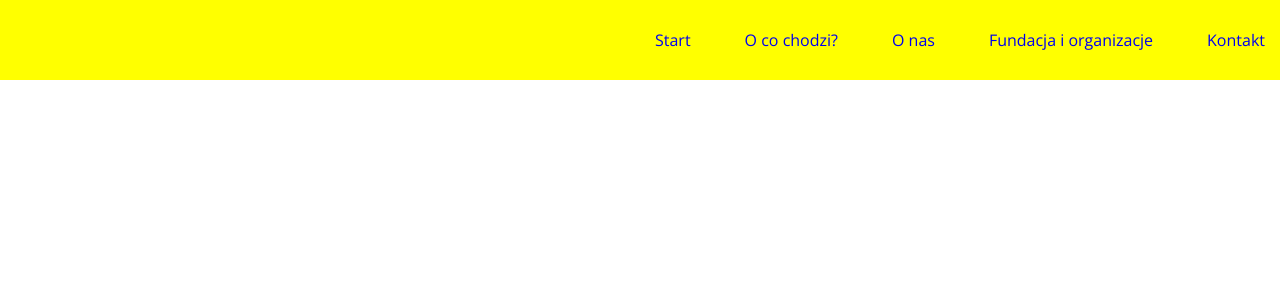
Repository: artwol993/Oddam_w_dobre_rece
Page: /
The author's editor kept a copy of each file at every save. The page is drawn from the files as they stood at one save, then again after the next save.
The browser window is 1280 px wide. The pictures show the whole page.
The project was rebuilt for these pictures with package versions that can differ from the ones it lists, and the page was loaded fresh each time.

Above is the page before, as saved 2020-12-06 09:49:44.

### public/index.html
<!DOCTYPE html>
<html lang="en">

<head>
  <meta charset="utf-8" />
  <link rel="icon" href="%PUBLIC_URL%/favicon.ico" />
  <meta name="viewport" content="width=device-width, initial-scale=1" />
  <meta name="theme-color" content="#000000" />
  <meta name="description" content="Web site created using create-react-app" />
  <link rel="preconnect" href="https://fonts.gstatic.com">
  <link href="https://fonts.googleapis.com/css2?family=Merriweather:wght@300;400;700;900&display=swap" rel="stylesheet">
  <link rel="preconnect" href="https://fonts.gstatic.com">
  <link href="https://fonts.googleapis.com/css2?family=Open+Sans:wght@300;400;600;700;800&display=swap"
    rel="stylesheet">
  <link rel="apple-touch-icon" href="%PUBLIC_URL%/logo192.png" />
  <!--
      manifest.json provides metadata used when your web app is installed on a
      user's mobile device or desktop. See https://developers.google.com/web/fundamentals/web-app-manifest/
    -->
  <link rel="manifest" href="%PUBLIC_URL%/manifest.json" />
  <!--
      Notice the use of %PUBLIC_URL% in the tags above.
      It will be replaced with the URL of the `public` folder during the build.
      Only files inside the `public` folder can be referenced from the HTML.

      Unlike "/favicon.ico" or "favicon.ico", "%PUBLIC_URL%/favicon.ico" will
      work correctly both with client-side routing and a non-root public URL.
      Learn how to configure a non-root public URL by running `npm run build`.
    -->
  <title>React App</title>
</head>

<body>
  <noscript>You need to enable JavaScript to run this app.</noscript>
  <div id="root"></div>
  <!--
      This HTML file is a template.
      If you open it directly in the browser, you will see an empty page.

      You can add webfonts, meta tags, or analytics to this file.
      The build step will place the bundled scripts into the <body> tag.

      To begin the development, run `npm start` or `yarn start`.
      To create a production bundle, use `npm run build` or `yarn build`.
    -->
</body>

</html>

### src/index.js
import React from 'react';
import ReactDOM from 'react-dom';
import App from './App';
import "./scss/main.scss"

ReactDOM.render(
  <React.StrictMode>
    <App />
  </React.StrictMode>,
  document.getElementById('root')
);

### src/App.js
import React from 'react';
import { BrowserRouter as Router, Switch, Route } from 'react-router-dom';
import './scss/main.scss';
import Navbar from './components/Navbar';
import Home from './components/pages/Home/Home';


function App() {
  return (
    <div className="body">
      <>
        <Router>
          <Navbar />
          <Switch>
            <Route path='/' exact component={Home} />

          </Switch>
        </Router>
      </>
    </div>
  );
}

export default App;

### src/scss/main.scss

//settings
@import "./settings/reset";
@import "./settings/colors";
@import "./settings/fonts";

//components
@import "./navbar";

.body {
    font-family: $font-base;
    color: $c-font1;
}

### src/components/Navbar.js
import React, { useState } from 'react';
import { Link } from 'react-router-dom';
import '../scss/navbar.scss'

function Navbar() {
    const [click, setClick] = useState(false);

    const handleClick = () => setClick(!click);
    const closeMobileMenu = () => setClick(false);

    return (
        <>

            <nav className="navbar">

                <div className="nav_container">
                    <div className="mobile_icon" onClick={handleClick}>
                        <i className={click ? "fas fa-times" : "fas fa-bars"} />

                        <ul className={click ? "nav_menu active" : "nav_menu"}>

                            <li className='nav_item'>
                                <Link to='/' className='nav_link' onClick={closeMobileMenu}>Start</Link>
                            </li>
                            <li className='nav_item'>
                                <Link to='/' className='nav_link' onClick={closeMobileMenu}>O co chodzi?</Link>
                            </li>
                            <li className='nav_item'>
                                <Link to='/' className='nav_link' onClick={closeMobileMenu}>O nas</Link>
                            </li>
                            <li className='nav_item'>
                                <Link to='/' className='nav_link' onClick={closeMobileMenu}>Fundacja i organizacje</Link>
                            </li>
                            <li className='nav_item'>
                                <Link to='/' className='nav_link' onClick={closeMobileMenu}>Kontakt</Link>
                            </li>
                        </ul>
                    </div>
                </div>

            </nav>

        </>

    );
}

export default Navbar

### src/components/pages/Home/Home.js
import React from 'react';


function Home() {
    return (
        <>


        </>
    )
}

export default Home

### src/scss/settings/_colors.scss
//main
$c-white: #ffff;
$c-black: #0000;

//background
$c-bg1: #f0f1f1;
$c-bg2: #fad648;

//fonts
$c-font1: #3c3c3c;
$c-fnt2: #737373;

//details
$c-divider: #1a1818;
$c-details: #5e5322;

### src/scss/settings/_fonts.scss
//styles
$font-base: "Open Sans", sans-serif;
$font-alt: "Merriweather", serif;

//weight
$fw-light: 300;
$fw-reg: 400;
$fw-sbold: 600;
$fw-bold: 700;
$fw-black: 900;

### src/scss/navbar.scss
@import "./settings/colors";
@import "./settings/fonts";

.nav_container {
    height: 80px;
    background: yellow;
    display: flex;
    // margin-top: -100px;
    align-items: center;
    justify-content: flex-end;
    position: sticky;
    top: 0;
    z-index: 999;
}

.nav_menu {
    display: flex;
    justify-content: space-between;
    width: 50vw;
    @media screen and (max-width: 960px) {
        display: flex;
        flex-direction: column;
        width: 100%;
        height: 100vh;
        position: absolute;
        top: 80px;
        left: -100%;
        opacity: 1;
        transition: all 0.5s ease;
    }
}

.nav_item {
    list-style: none;
    margin: 5px;
    padding: 5px 10px;

    &:hover {
        padding: 4px 9px;
        border: solid 1px $c-font1;
    }
}

.nav_link {
    text-decoration: none;
    list-style: none;
    cursor: pointer;
}

Loaded but not shown: src/scss/settings/reset.scss (common file)

After the next save:
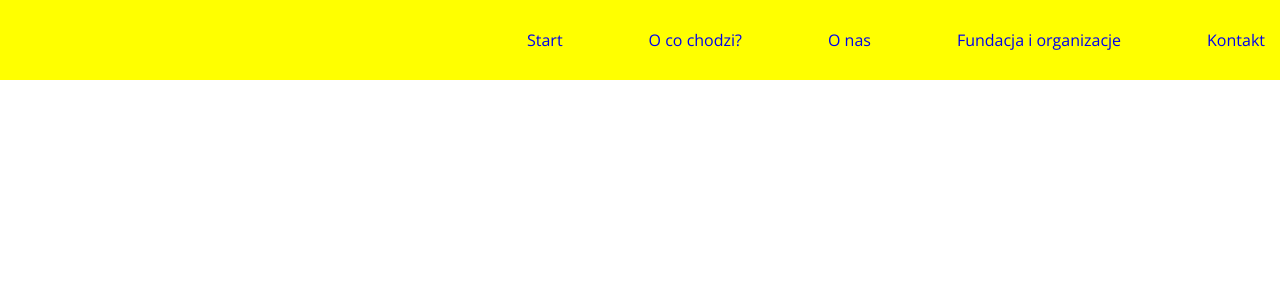
Saved 2 min 8 s later.
--- a/src/scss/navbar.scss
+++ b/src/scss/navbar.scss
@@ -16,7 +16,7 @@
 .nav_menu {
     display: flex;
     justify-content: space-between;
-    width: 50vw;
+    width: 60vw;
     @media screen and (max-width: 960px) {
         display: flex;
         flex-direction: column;
